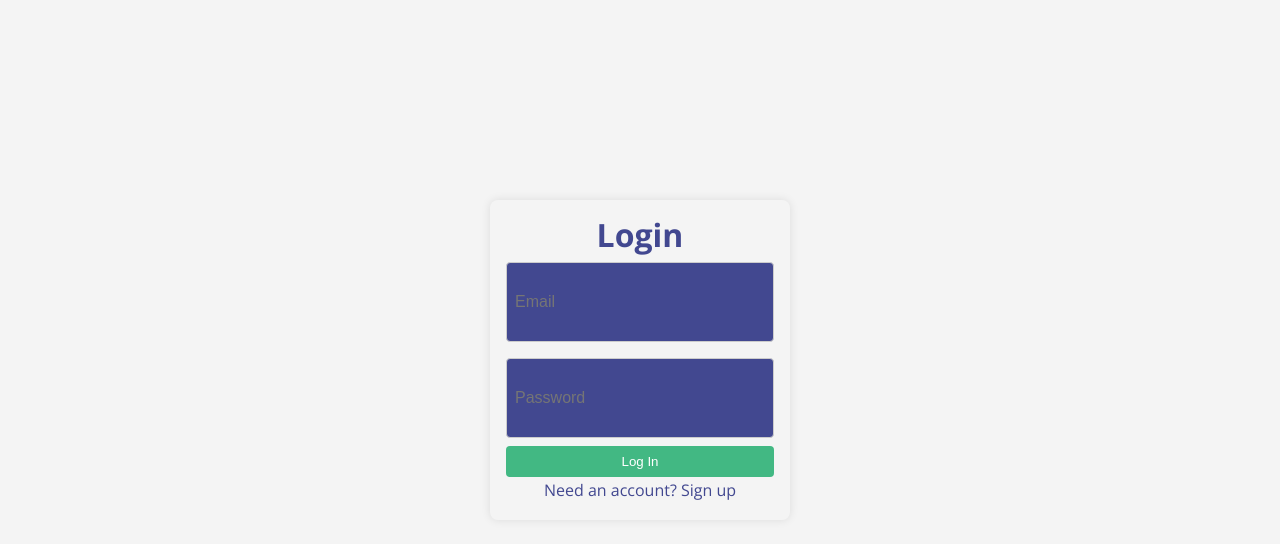
Repository: XiuwenZ/finder
Page: /login (app in frontend/)
An editor plug-in stored every save of this project. The page is shown before and after the next save, followed by the edit.
The browser window is 1280 px wide. The pictures show the whole page.
The project was rebuilt for these pictures with package versions that can differ from the ones it lists, and the page was loaded fresh each time. Also part of the build but not shown: frontend/vite.config.js, frontend/src/components/Navbar.jsx, frontend/src/components/Header.jsx, frontend/src/components/RegisteredEvent.jsx, frontend/src/components/EventFilter.jsx, frontend/src/components/MoreEvents.jsx, frontend/src/components/Footer.css, frontend/src/components/ContactForm.jsx and 5 more.

Above is the page before, as saved 2024-02-03 22:12:59.

### frontend/src/main.jsx
import React from 'react';
import ReactDOM from 'react-dom/client';
import App from './App.jsx';
import './index.css';
import { createBrowserRouter, RouterProvider } from 'react-router-dom';
import Login from './components/Login.jsx'; // Adjust the import path as necessary
import Signup from './components/Signup.jsx'; // Adjust the import path as necessary
import Mainpage from './components/MainPage.jsx'; // Adjust the import path as necessary

const router = createBrowserRouter([
  {
    path: '/',
    element: <Mainpage />,
  },
  {
    path: '/login',
    element: <Login />,
  },
  {
    path: '/signup',
    element: <Signup />,
  },
]);

ReactDOM.createRoot(document.getElementById('root')).render(
  <React.StrictMode>
    <RouterProvider router={router} />
  </React.StrictMode>
);

### frontend/src/index.css
* {
  margin: 0;
  padding: 0;
  border: 0;
  outline: 0;
  text-decoration: none;
  list-style: none;
  box-sizing: border-box;
}

:root {
  --color-primary: #6c63ff;
  --color-success: #00bf8e;
  --color-warning: #f7c94b;
  --color-danger: #f75842;
  --color-danger-variant: rgba(247, 88, 66, 0.4);
  --color-white: #fff;
  --color-light: rgba(255, 255, 255, 0.7);
  --color-black: #000;
  --color-bg: #1f2641;
  --color-bg1: #2e3267;
  --color-bg2: #424890;

  --container-width-lg: 80%;
  --container-width-md: 90%;
  --container-width-sm: 94%;

  --transition: all 400ms ease;
}

body {
  font-family: 'Montserrat', sans-serif;
  line-height: 1.7;
  color: var(--color-bg2);
  background: var(--color-white);
}

.container {
  width: var(--container-width-lg);
  margin: 0 auto;
}

section {
  padding: 6rem 0;
}

section h2 {
  text-align: center;
  margin-bottom: 4rem;
}

h1,
h2,
h3,
h4,
h5 {
  line-height: 1.2;
}

h1 {
  font-size: 2.4rem;
}

h2 {
  font-size: 2rem;
}

h3 {
  font-size: 1.6rem;
}

h4 {
  font-size: 1.3rem;
}

/* navbar color */
a {
  color: var(--color-bg2);
}

img {
  width: 100%;
  display: block;
  object-fit: cover;
}

.btn {
  display: inline-block;
  background: var(--color-white);
  color: var(--color-black);
  padding: 1rem 2rem;
  border: 1px solid transparent;
  font-weight: 500;
  transition: var(--transition);
}

.btn:hover {
  background: transparent;
  color: var(--color-white);
  border-color: var(--color-white);
}

.btn-primary {
  background: var(--color-danger);
  color: var(--color-white);
}

/* =================== NAVBAR ===================== */
nav {
  background-color: #b4b9ee;
  width: 100vw;
  height: 5rem;
  position: fixed;
  top: 0;
  z-index: 11;
}

/* change navbar styles on scroll using javascript */
.window-scroll {
  background: var(--color-primary);
  box-shadow: 0 1rem 2rem rgba(0, 0, 0, 0.2);
}

.nav__container {
  height: 100%;
  display: flex;
  justify-content: space-between;
  align-items: center;
}

nav button {
  display: none;
}

.nav__menu {
  display: flex;
  align-items: center;
  gap: 4rem;
}

.nav__menu a {
  font-size: 1.3rem;
  transition: var(--transition);
}

.nav__menu a:hover {
  color: var(--color-success);
}

/* =================== HEADER ===================== */
header {
  position: relative;
  top: 5rem;
  overflow: hidden;
  height: 70vh;
  margin-bottom: 5rem;
}

.header__container {
  display: grid;
  grid-template-columns: 1fr 1fr;
  align-items: center;
  gap: 5rem;
  height: 100%;
}

.header__left p {
  font-size: 1.3rem;
  margin: 1rem 0 2.4rem;
}

/* =================== Events ===================== */

.courses {
  margin-top: 10rem;
}

.courses__container {
  display: grid;
  grid-template-columns: repeat(3, 1fr);
  gap: 2rem;
}

.course {
  background: var(--color-white);
  text-align: left;
  border: 1px solid transparent;
  transition: var(--transition);
  border-color: #6c63ff;
  border-radius: 1rem;
}

.course:hover {
  background: transparent;
  border-color: var(--color-white);
}

.course__info {
  padding: 2rem;
  display: flex;
}

.course__info p {
  margin: 1.2rem 0 2rem;
  font-size: 1rem;
}

.left {
  margin-top: -1rem;
}

.right {
  margin-left: 2rem;
}

/* =================== Filters ===================== */

.filter {
  margin: 1rem auto 3rem;
  padding: 0;
  /* align-items: center; */
  display: flex;
  flex-direction: row;
  justify-content: center;
  background-color: #424890;
  color: var(--color-white);
  border-radius: 1rem;
  width: 70rem;
  height: 8rem;
}

.input {
  display: flex;
  flex-direction: column;
  margin-top: 1.5rem;
  margin-right: 5rem;
}

.filter_button {
  height: 3rem;
  width: 7rem;
  background-color: #f75842;
  color: white;
  font-size: rem;
  margin-top: 1.1rem;
  margin-left: 2rem;
  border-radius: 0.2rem;
}

.categories {
  height: 3rem;
  width: 7rem;
  font-size: 0.8rem;
}

.category_box {
  display: flex;
  flex-direction: column;
  /* margin-top: 1.5rem;
  margin-right: 5rem; */
}

/* =================== FORM ================ */
.contact__form {
  padding-top: 1rem;
  display: flex;
  flex-direction: row;
  gap: 1.2rem;
  margin-right: 4rem;
}

.form__name {
  display: flex;
  gap: 1.2rem;
}

.contact__form input[type='text'] {
  width: 50%;
}

input {
  width: 100%;
  padding: 1rem;
  font-size: 1rem;
  height: 5rem;
  background: var(--color-bg);
  color: var(--color-white);
  border-radius: 0.5rem;
}

.contact__form .btn {
  margin-top: 1rem;
  width: max-content;
  height: 3rem;
  cursor: pointer;
  border-radius: 0.5rem;
}

/* =================== FOOTER ===================== */
footer {
  background: var(--color-bg1);
  padding-top: 5rem;
  font-size: 0.9rem;
  color: var(--color-white);
}

.footer__container {
  display: grid;
  grid-template-columns: repeat(4, 1fr);
  gap: 5rem;
}

/* .footer__1 .footer__2 .footer__3 {
  color: var(--color-white);
} */

.footer__container > div h4 {
  margin-bottom: 1.2rem;
}

.footer__1 p {
  margin: 0 0 2rem;
}

footer ul li {
  margin-bottom: 0.7rem;
}

footer ul li a:hover {
  text-decoration: underline;
}

.footer__socials {
  display: flex;
  gap: 1rem;
  font-size: 1.2rem;
  margin-top: 2rem;
}

.footer__copyright {
  text-align: center;
  margin-top: 4rem;
  padding: 1.2rem 0;
  border-top: 1px solid var(--color-bg2);
}

/* =================== event details ===================== */

.event-card {
  margin: 10rem;
  border-radius: 10px;
  padding: 20px;
  box-shadow: 0 4px 8px rgba(0, 0, 0, 0.1);
}

.event-header {
  display: flex;
  justify-content: space-between;
  align-items: center;
  margin-bottom: 20px;
}

.event-title {
  font-size: 24px;
  color: #333;
  margin: 0;
}
.event-date {
  font-size: 1.2rem;
  color: #333;
  background-color: #e4e6eb;
  border-radius: 8px;
  padding: 8px 16px;
}
.event-info {
  color: #65676b;
  margin-bottom: 20px;
}
.event-info span {
  font-weight: bold;
}

.event-schedule {
  margin-bottom: 2rem;
}

.event-description {
  font-size: 1.2rem;
  color: #65676b;
  margin-top: 2rem;
}
.event-map {
  width: 100%;
  height: 150px;
  background-image: url('https://placehold.co/600x150?text=Map+Placeholder');
  background-size: cover;
  background-position: center;
  border-radius: 10px;
}

### frontend/src/components/Login.jsx
import React, { useState } from 'react';
import { Link } from 'react-router-dom'; // Assuming you're using react-router for navigation
import './Login.css';

const Login = () => {
  const [email, setEmail] = useState('');
  const [password, setPassword] = useState('');

  const handleLogin = (event) => {
    event.preventDefault();
    // Handle login logic here
    console.log('Login with:', email, password);
  };

  return (
    <div className="wrap-container">
      <div className="auth-container">
        <h2>Login</h2>
        <form onSubmit={handleLogin}>
          <input
            type="email"
            value={email}
            onChange={(e) => setEmail(e.target.value)}
            placeholder="Email"
            required
          />
          <input
            type="password"
            value={password}
            onChange={(e) => setPassword(e.target.value)}
            placeholder="Password"
            required
          />
          <button type="submit">Log In</button>
        </form>
        <Link to="/signup">Need an account? Sign up</Link>
      </div>
    </div>
  );
};

export default Login;

### frontend/src/components/Login.css
.wrap-container {
  display: flex;
  align-items: center;
  justify-content: center;
  height: 100vh;
  margin: 0;
}

.auth-container {
  max-width: 300px;
  margin-top: 30rem;
  padding: 1rem;
  box-shadow: 0 0 10px rgba(0, 0, 0, 0.1);
  border-radius: 8px;
  text-align: center;
}

input {
  width: 100%;
  padding: 0.5rem;
  margin: 0.5rem 0;
  border: 1px solid #ccc;
  border-radius: 4px;
  background-color: #424890;
  color: white;
}

button {
  width: 100%;
  padding: 0.5rem;
  border: none;
  background-color: #42b883;
  color: white;
  border-radius: 4px;
  cursor: pointer;
}

button:hover {
  background-color: #347474;
}

router-link {
  display: block;
  margin-top: 1rem;
  color: #42b883;
  text-decoration: none;
}

router-link:hover {
  text-decoration: underline;
}

### frontend/src/components/Signup.css
.auth-container {
    max-width: 300px;
    margin: auto;
    padding: 1rem;
    box-shadow: 0 0 10px rgba(0, 0, 0, 0.1);
    border-radius: 8px;
    text-align: center;
  }

  input {
    width: 100%;
    padding: 0.5rem;
    margin: 0.5rem 0;
    border: 1px solid #ccc;
    border-radius: 4px;
  }

  button {
    width: 100%;
    padding: 0.5rem;
    border: none;
    background-color: #42b883;
    color: white;
    border-radius: 4px;
    cursor: pointer;
  }

  button:hover {
    background-color: #347474;
  }

  router-link {
    display: block;
    margin-top: 1rem;
    color: #42b883;
    text-decoration: none;
  }

  router-link:hover {
    text-decoration: underline;
  }

### frontend/src/components/MainPage.css
@import url('https://fonts.googleapis.com/css2?family=Open+Sans:wght@400;600;700&display=swap');

/* Apply the font to the entire body for consistency */
body {
  font-family: 'Open Sans', sans-serif;
  margin: 0;
  padding: 0;
  background-color: #f4f4f4; /* A light grey background for contrast */
}
.main-container {
  display: flex;
  justify-content: center;
  align-items: center;
  min-height: 80vh;

  /* Adjust as needed */
  padding: 50px;
  background-color: #6c63ff; /* A shade of purple */
}

.text-content {
  flex: 1;
  padding-right: 20px; /* Adjust spacing as needed */
}

.text-content h1 {
  color: #ffffff; /* White color text */
  font-family: 'Helvetica', sans-serif; /* Example font */
  font-size: 3em; /* Adjust the size as needed */
}

.text-content p {
  color: #ffffff; /* White color text */
  font-family: 'Helvetica', sans-serif; /* Example font */
  font-size: 1.3em;
  line-height: 1.2; /* Adjust the size as needed */
}

.image-content {
  flex: 1;
  display: flex;
  justify-content: center;
  align-items: center;
}

.image-content img {
  max-width: 100%;
  height: auto;
  display: block; /* removes bottom space under the image */
}

.btn-login,
.btn-signup {
  display: inline-block;
  margin: 10px 5px; /* Space between buttons */
  padding: 10px 20px; /* Button padding */
  font-size: 16px; /* Adjust as needed */
  cursor: pointer;
  border: none; /* Removes the border */
  color: #ffffff; /* Text color */
}

.btn-login {
  background-color: #f75842; /* Login button color */
}

.btn-signup {
  background-color: #f75842; /* Signup button color */
}

.navbar {
  background-color: #2e3267; /* A darker shade of purple for contrast */
  padding: 10px 0px;
  position: sticky;
  top: 0;
  z-index: 1000;
  width: 100%; /* Ensures the navbar spans the full width */
  display: flex;
  justify-content: flex-end; /* Aligns nav items to the right */
}

.nav-links {
  list-style: none;
  display: flex;
  justify-content: flex-start;
  align-items: center;
  margin: 0;
  padding: 0;
}

.nav-links .nav-item {
  color: white;
  text-decoration: none;
  padding: 10px 15px;
  transition: background-color 0.3s;
}

.nav-links .nav-item:hover {
  background-color: #7b2cbf;
}

/* ... other styles ... */

/* Style for the About Us section placeholder */
.about-container {
  height: 500px; /* Temporary height */
  background-color: #f3f3f3; /* A light background color */
  /* Add more styles as needed */
}

html {
  scroll-behavior: smooth;
}

.about-section {
  background-color: #ffffff; /* Or any color you prefer */
  padding: 50px 20px;
  text-align: center; /* Center the heading and description */
  display: flex;
  flex-direction: column;
  align-items: center; /* Centers the content horizontally */
}

.about-section h2 {
  font-size: 4rem; /* Increased font size for the heading */
  margin-bottom: 0.6rem;
  color: #000000;
}

.about-section p {
  font-size: 1rem; /* Slightly larger font size for the description */
  color: #555; /* Soft black for the description text */
  max-width: 1000px; /* Max width for optimal reading length */
  margin-bottom: 1.3rem; /* Auto margins for horizontal centering and space below */
}

.feature-cards-container {
  display: flex;
  justify-content: center;
  gap: 2rem; /* space between the cards */
  flex-wrap: wrap; /* enables responsive wrapping of cards */
}

.feature-card {
  width: calc(
    33.333% - 40px
  ); /* Adjust width for three cards in a row with margin */
  margin: 0 20px; /* Uniform margin for symmetry */
  padding: 2rem; /* More padding for a spacious card */
  background: #f75842; /* Off-white background for cards */
  border-radius: 10px; /* Rounded corners for a modern look */
  box-shadow: 0 4px 8px rgba(0, 0, 0, 0.1); /* Box-shadow for depth */
  transition: transform 0.3s ease-in-out; /* Smooth transition for hover effect */
}
.feature-card:hover {
  transform: translateY(-5px); /* Slight lift effect on hover */
}
.feature-card h3 {
  font-size: 2rem;
  color: #fffcfc; /* dark grey for the title */
  margin-bottom: 0.5rem;
}

.feature-card p {
  font-size: 1.1rem;
  color: #ede6e6;
}
/* Responsive adjustments */
@media (max-width: 768px) {
  .feature-card {
    width: 100%;
    margin: 10pc; /* Full width on smaller screens */
  }
}
.about-section .about-description,
.feature-card {
  padding: 1rem; /* Less padding on smaller screens */
}

.footer {
  background-color: #2e3267; /* Dark background for the footer */
  color: #fff; /* White text color */
  text-align: center; /* Center the text */
  padding: 1rem 0; /* Padding on top and bottom */
  margin-top: 2rem; /* Space above the footer */
}

.footer p {
  margin: 0.5rem 0; /* Spacing between paragraphs */
  font-size: 1rem;
}

Loaded but not shown: frontend/index.html (common file); frontend/src/App.css (no stored copy; drawn as an empty file)

After the next save:
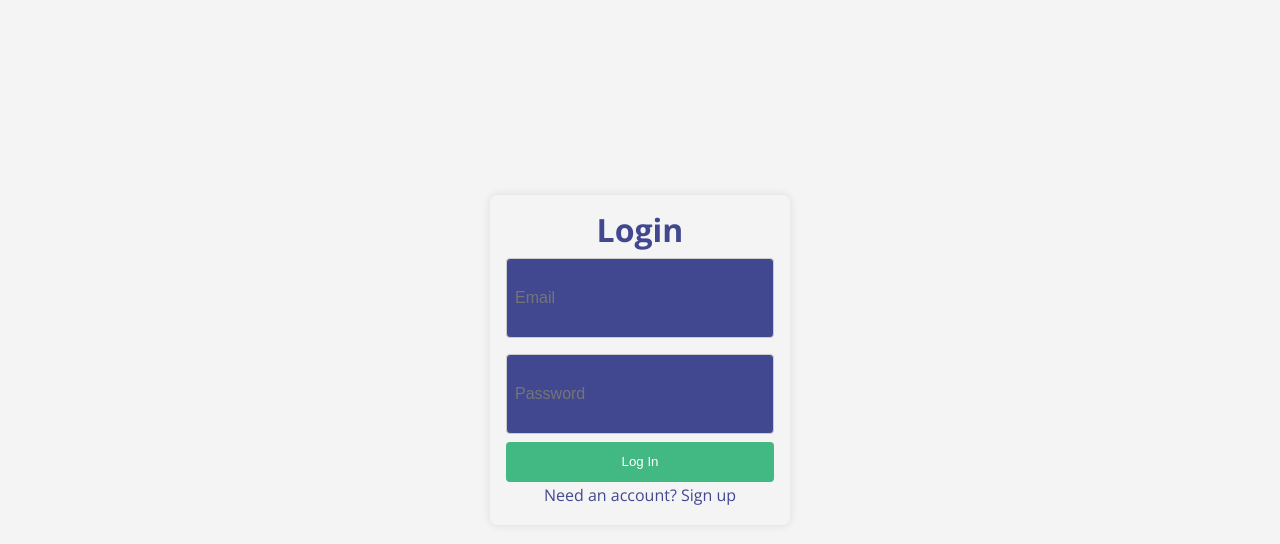
Saved 16 s later.
--- a/frontend/src/components/Login.css
+++ b/frontend/src/components/Login.css
@@ -27,6 +27,7 @@ input {
 
 button {
   width: 100%;
+  height: 2.5rem;
   padding: 0.5rem;
   border: none;
   background-color: #42b883;
